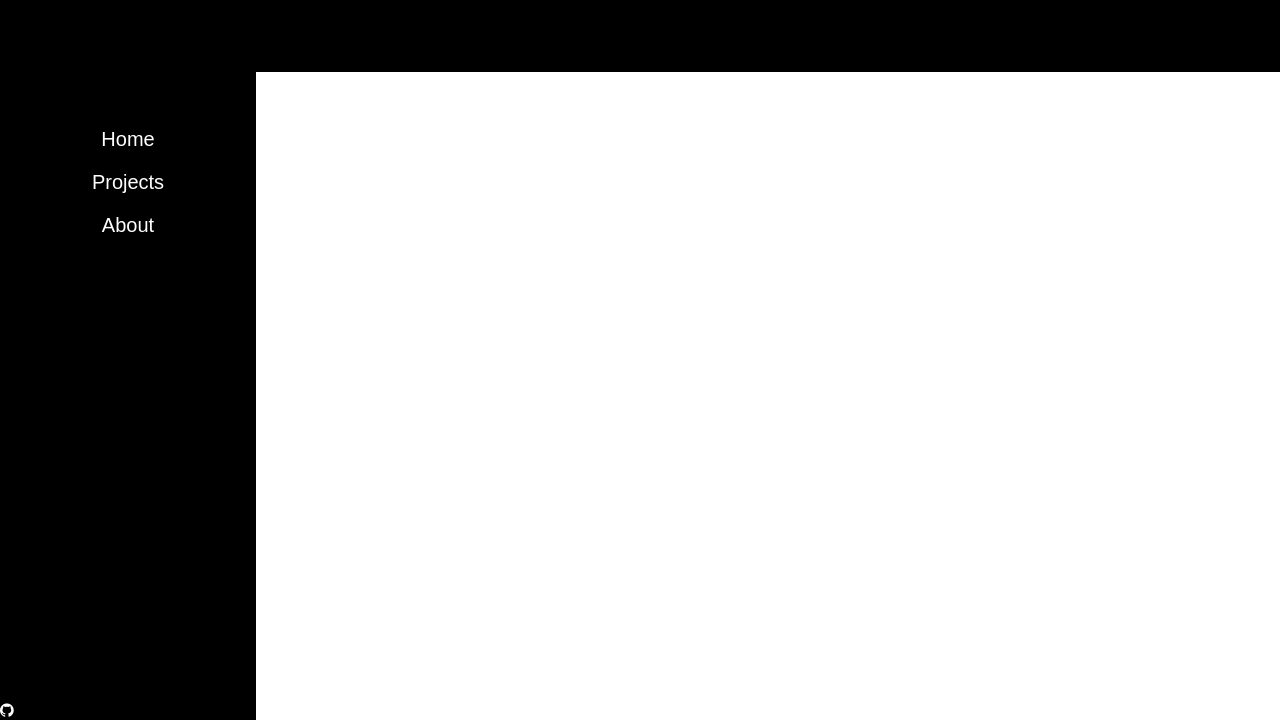
Repository: josephinel6/josephinel6.github.io
Page: index.html
These files come from the project's save history. The page is drawn as it stood at one moment and after the next save; the edit follows.
The browser window is 1280 px wide. The pictures show the whole page.

Above is the page before, as saved 2023-04-04 10:51:51.

After the next save:
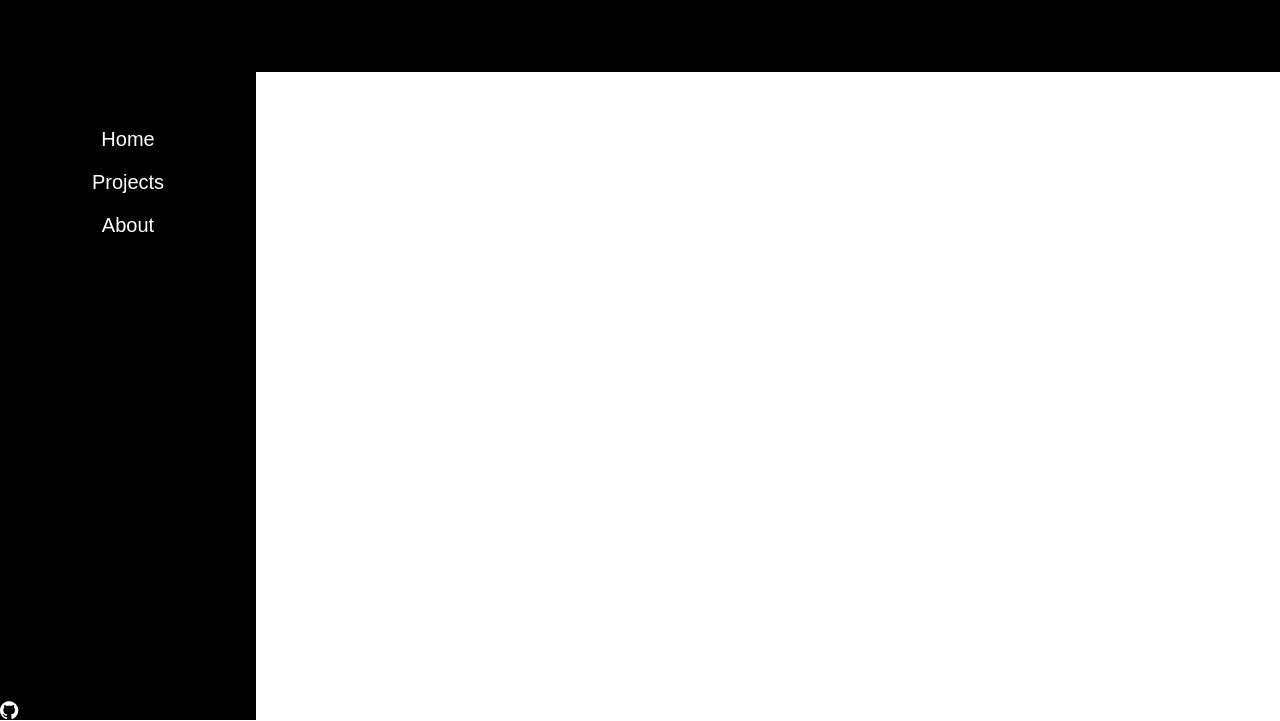
Saved 11 s later.
--- a/index.html
+++ b/index.html
@@ -71,7 +71,7 @@
         </div>
         <CENTER>
             <div style="position: absolute; bottom:0">
-                <i href="https://github.com/josephinel6" class="fa fa-github"></i>
+                <i href="https://github.com/josephinel6" class="fa fa-github fa-lg"></i>
             </div>
         </CENTER>
     </div>
